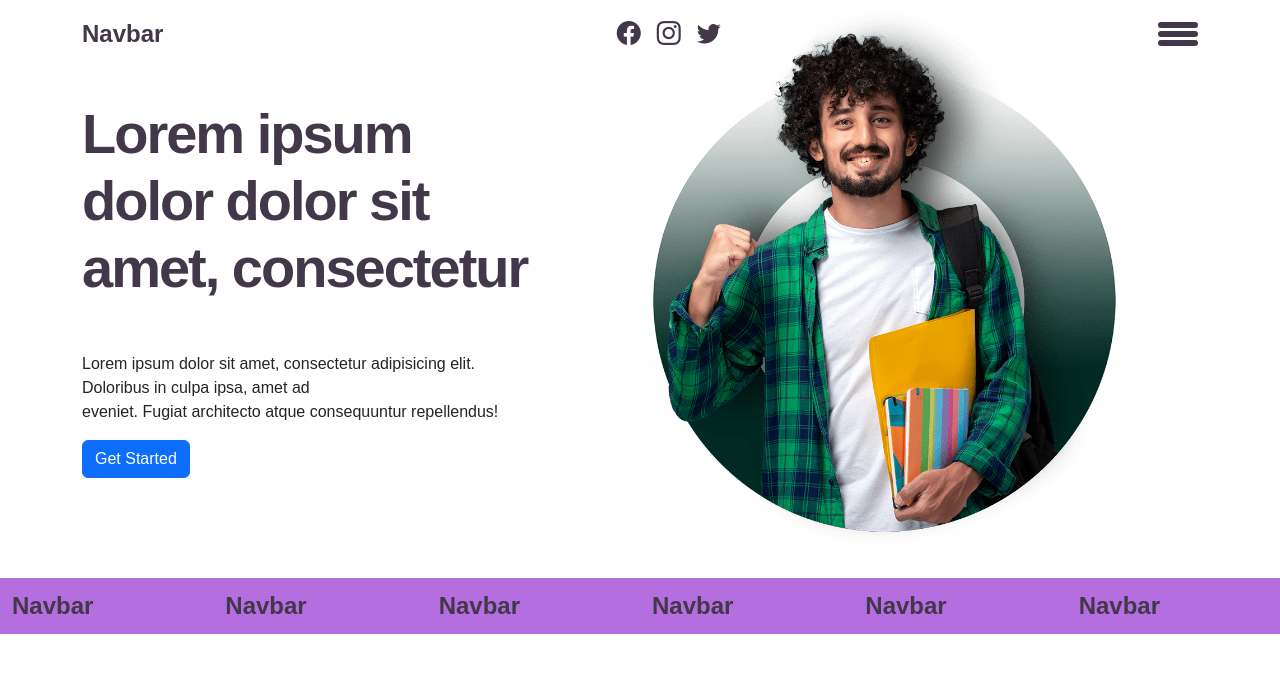
Repository: tagnam/project27012025
Page: index.html
The author's editor kept a copy of each file at every save. The page is drawn from the files as they stood at one save, then again after a run of saves.
The browser window is 1280 px wide. The pictures show the whole page.

Above is the page before, as saved 2025-01-27 16:11:02.

### index.html
<!DOCTYPE html>
<html lang="en">
<head>
    <meta charset="UTF-8">
    <meta name="viewport" content="width=device-width, initial-scale=1.0">
    <link href="https://cdn.jsdelivr.net/npm/bootstrap@5.3.3/dist/css/bootstrap.min.css" rel="stylesheet" integrity="sha384-QWTKZyjpPEjISv5WaRU9OFeRpok6YctnYmDr5pNlyT2bRjXh0JMhjY6hW+ALEwIH" crossorigin="anonymous">
    <link rel="stylesheet" href="style/css/index.css">
    <link rel="stylesheet" href="style/css/animation.css">
    <link rel="stylesheet" href="style/css/responsive.css">
    <title>project27012025</title>
</head>
<body>
<header>
    <!-- --------------------------------------------start nav bar ------------------------------->
    <nav class="navbar navbar-expand-lg custom-nav">
        <div class="container">
          <div class="collapse navbar-collapse justify-content-between" id="navbarSupportedContent">
            <a class="navbar-brand" href="#">Navbar</a>
            <ul class="navbar-nav  ">

              <li class="nav-item">
                <a class="nav-link" href="#"><i class="bi bi-facebook"></i></a>
              </li>
              <li class="nav-item">
                <a class="nav-link" href="#"><i class="bi bi-instagram"></i></a>
              </li>
              <li class="nav-item">
                <a class="nav-link" href="#"><i class="bi bi-twitter"></i></a>
              </li>
            </ul>
            <div class="d-flex">
               <div class="menu-container" type="button" data-bs-toggle="offcanvas" data-bs-target="#offcanvasExample" aria-controls="offcanvasExample">
                <span class="span-menu-01 menu-icon"></span>
                <span class="span-menu-02 menu-icon"></span>
                <span class="span-menu-03 menu-icon"></span>
            </div>
            </div>
          </div>
        </div>
      </nav>

      <!-- ------------------------------start offcanvas ---------------------------------------->
      <div class="offcanvas offcanvas-start " tabindex="-1" id="offcanvasExample" aria-labelledby="offcanvasExampleLabel">
        <div class="offcanvas-header">
          <h5 class="offcanvas-title" id="offcanvasExampleLabel">Offcanvas</h5>
          <button type="button" class="btn-close text-reset" data-bs-dismiss="offcanvas" aria-label="Close"></button>
        </div>
        <div class="offcanvas-body">
          <div>
            Some text as placeholder. In real life you can have the elements you have chosen. Like, text, images, lists, etc.
          </div>
          <div class="dropdown mt-3">
            <button class="btn btn-secondary dropdown-toggle" type="button" id="dropdownMenuButton" data-bs-toggle="dropdown">
              Dropdown button
            </button>
            <ul class="dropdown-menu" aria-labelledby="dropdownMenuButton">
              <li><a class="dropdown-item" href="#">Action</a></li>
              <li><a class="dropdown-item" href="#">Another action</a></li>
              <li><a class="dropdown-item" href="#">Something else here</a></li>
            </ul>
          </div>
        </div>
      </div>
       <!-- -----------------------------end offcanvas ------------------------------------------->
      <!------------------------------------------------ end navbar ----------------------------->


</header>
<section class="hero-section">
    <div  class="container" style="height: 100%;">
        <div class="row" >
            <div class="col-lg-6 col-md-6 col-sm-12">
                <div class="banner-content ">
                    <h1>Lorem ipsum dolor  dolor sit amet, consectetur </h1>
                    <p>Lorem ipsum dolor sit amet, consectetur adipisicing elit. Doloribus in culpa ipsa, amet ad<br> eveniet. Fugiat architecto atque consequuntur repellendus!</p>
                    <button class="btn btn-primary">Get Started</button>
                </div>
            </div>
            <div class="col-lg-6 col-md-6 col-sm-12">
                <div class="banner-img d-flex justify-content-end">
                    <img src="image/hero-banner-01.webp" class="w-100" alt="">

            </div>

        </div>
    </div>
    <!-- <div class="row">
        <div class="col-lg-6 col-md-6 col-sm-12 d-flex justify-content-start">
            <div class="banner-btn">
                <a class="btn custom-btn btn-outline-success"> Get Started </a>
            </div>
        </div>
        <div class="col-lg-6 col-md-6 col-sm-12 d-flex justify-content-end">
             <div class="banner-footer-text">
                <p>Lorem ipsum dolor sit amet <br>consectetur adipisicing elit. Numquam, vel.</p>
             </div>

    </div>
 </div> -->
  </section>


<section class="client-section">
    <div class="container-fluid">
       <div class="row  row-cols-3 row-cols-md-6 g-4">
        <div class="col client-logo">
            <a class="navbar-brand w-25" href="#">Navbar</a>
        </div>
        <div class="col client-logo">
            <a class="navbar-brand w-25" href="#">Navbar</a>
        </div>
        <div class="col client-logo">
            <a class="navbar-brand w-25" href="#">Navbar</a>
        </div>
        <div class="col client-logo">
            <a class="navbar-brand w-25" href="#">Navbar</a>
        </div>
        <div class="col client-logo">
            <a class="navbar-brand w-25" href="#">Navbar</a>
        </div>
        <div class="col client-logo">
            <a class="navbar-brand w-25" href="#">Navbar</a>
        </div>

    </div>
    </div>
</section>
<script src="https://cdn.jsdelivr.net/npm/bootstrap@5.3.3/dist/js/bootstrap.bundle.min.js" integrity="sha384-YvpcrYf0tY3lHB60NNkmXc5s9fDVZLESaAA55NDzOxhy9GkcIdslK1eN7N6jIeHz" crossorigin="anonymous"></script>
<script src="style/js/custom.js"></script>
</body>
</html>

### style/css/index.css
@import url("https://cdn.jsdelivr.net/npm/bootstrap-icons@1.11.3/font/bootstrap-icons.min.css");

*{
 margin: 0;
padding: 0;
box-sizing: border-box;
}

:root{
    --dark-color:#423849;
    --semi-dark-color:#b46ee0;
    --light-color:#d287d4;
    --white-color:#fff;
    --main-heading-font-size: 3.5rem;
    --subheading-font-size: 2rem;
    --paragraph-font-size: 1rem;


}


body{
    font-family: 'Poppins', sans-serif;


}

header{
    position: fixed;
    top: 0;
    z-index: 1000;
width: 100%;
}

.navbar-brand{
    font-size: 1.5rem;
    font-weight: 800;
    color: var(--dark-color);
}

.menu-icon{
    display: block;
    width: 40px;
    height: 6px;
    background-color: var(--dark-color);
    margin: 3px auto;
    border-radius: 20px;
    cursor: pointer;
}


.nav-link .bi{
    font-size: 1.5rem;
    color: var(--dark-color);
}

.banner-content{
    margin: 100px auto;
    padding-right: 100px;
}

.banner-content h1{
    color: var(--dark-color);
    font-weight: 800;
    /* font-size: 55px; */
    font-size: var(--main-heading-font-size);
    letter-spacing: -2px;
    margin: 50px 0px;
}
/* .hero-section{
   background-image: url(/image/business-banner.jpg);
    background-size: cover;
    background-position: center;
    height: 100vh;
} */

.banner-footer-text p{
    color: var(--dark-color);

}


.client-section{
    background-color: var(--semi-dark-color);
    padding: 10px 0px;
    overflow: hidden;
}

Loaded but not shown: style/js/custom.js (no copy from this time; the picture is the same without it); style/css/animation.css (no stored copy; drawn as an empty file); style/css/responsive.css (no stored copy; drawn as an empty file)

After the next 3 saves:
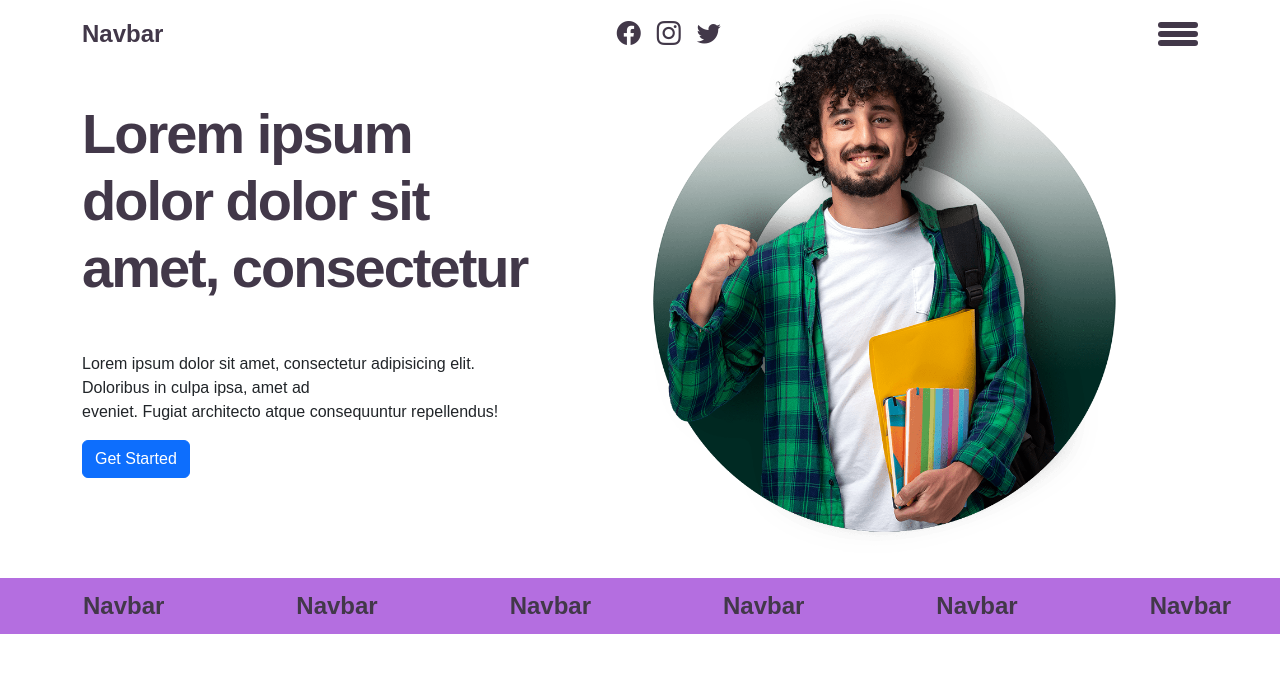
The 3 saves are shown as one change because they came seconds apart.
The last was saved 16 s later.
--- a/style/css/index.css
+++ b/style/css/index.css
@@ -85,3 +85,10 @@ width: 100%;
     padding: 10px 0px;
     overflow: hidden;
 }
+
+.client-logo{
+    display: flex;
+    justify-content: center;
+    align-items: center;
+    flex-wrap: wrap;
+}
